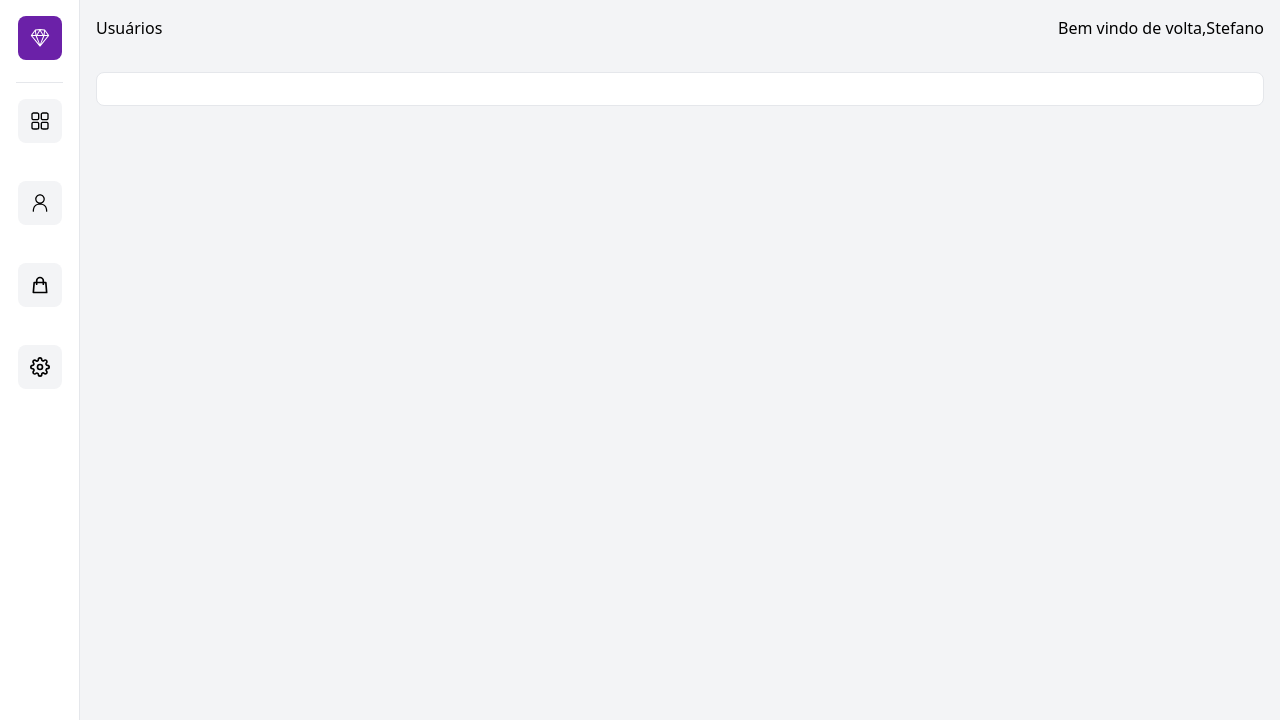
Repository: stefanosousaa/dashboard-next13
Page: /costumers
The author's editor kept a copy of each file at every save. The page is drawn from the files as they stood at one save, then again after the next save.
The browser window is 1280 px wide. The pictures show the whole page.
The project was rebuilt for these pictures with package versions that can differ from the ones it lists, and the page was loaded fresh each time. The framework's server and built-in components were replaced by stand-ins that run in the browser. Also part of the build but not shown: next.config.js.

Above is the page before, as saved 2023-05-16 19:11:22.

After the next save:
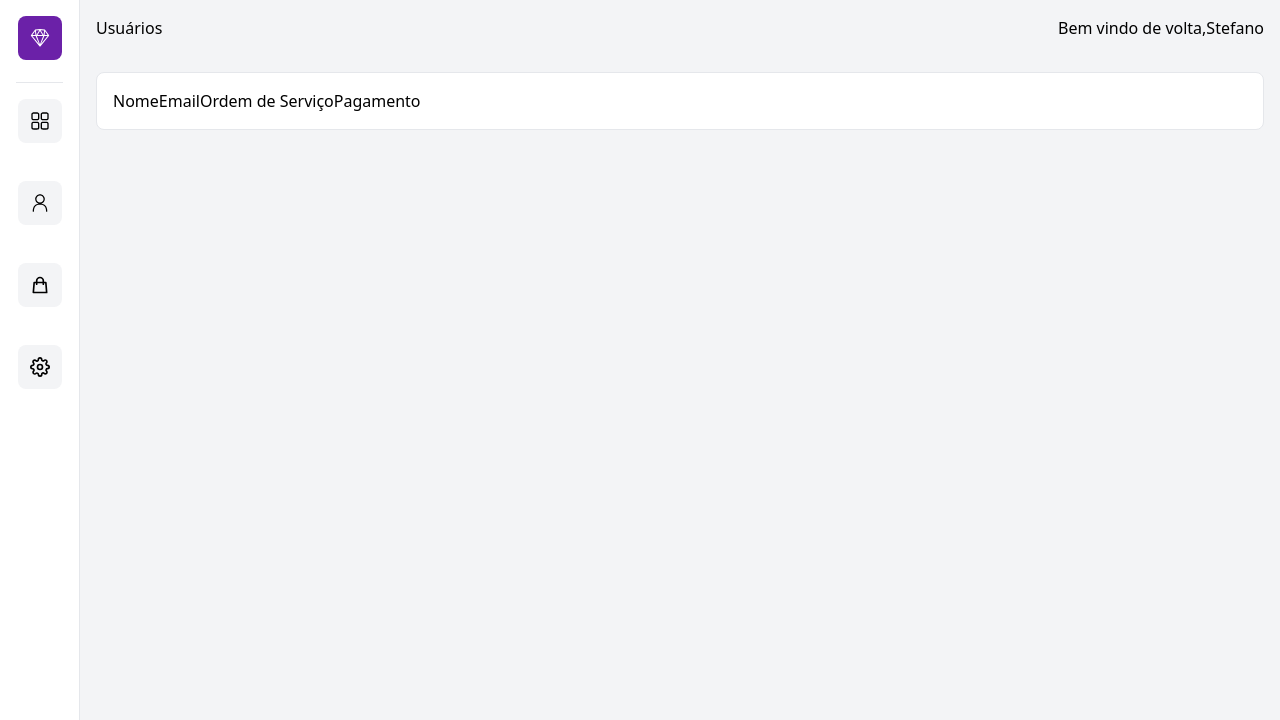
Saved 94 s later.
--- a/pages/costumers.jsx
+++ b/pages/costumers.jsx
@@ -11,7 +11,12 @@ const costumers = () => {
         </div>
         <div className='p-4'>
             <div className='w-full m-auto p-4 border rounded-lg bg-white overflow-y-auto'>
-
+              <div>
+                <span>Nome</span>
+                <span>Email</span>
+                <span>Ordem de Serviço</span>
+                <span>Pagamento </span>
+              </div>
             </div>
         </div>
     </div>
